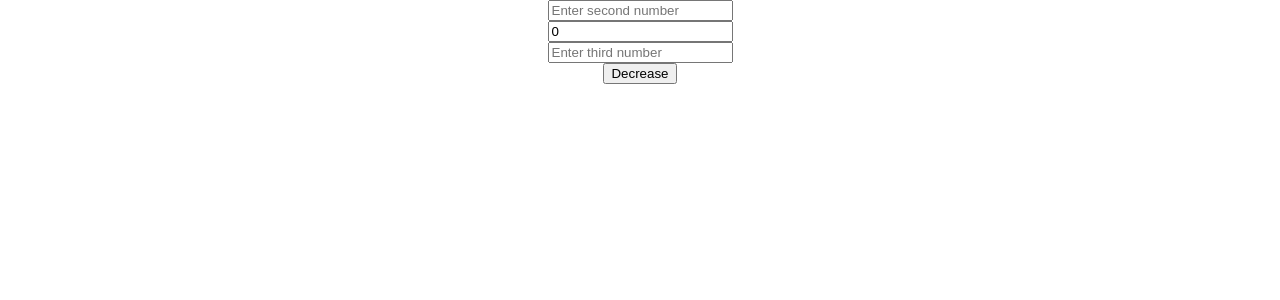
Repository: purnimapatel/SI-calculator
Page: /
An editor plug-in stored every save of this project. The page is shown before and after the next save, followed by the edit.
The browser window is 1280 px wide. The pictures show the whole page.
The project was rebuilt for these pictures with package versions that can differ from the ones it lists, and the page was loaded fresh each time.

Above is the page before, as saved 2024-08-26 11:05:06.

After the next save:
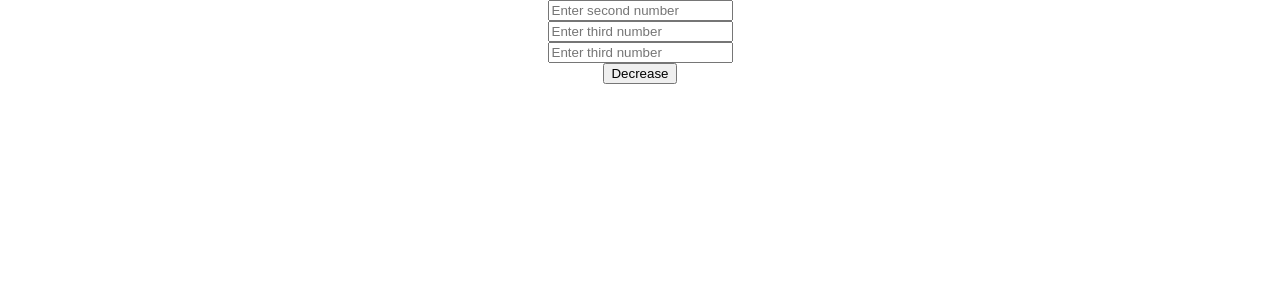
Saved 9 s later.
--- a/src/App.jsx
+++ b/src/App.jsx
@@ -4,7 +4,7 @@ import { useState } from 'react';
 
 function App() {
   const[rate, setRate]=(useState());
-  const[principle, setPrinciple]=(useState(0));
+  const[principle, setPrinciple]=(useState());
   const[time, setTime]=(useState());
   const[res, setRes]=(useState());
   return(
